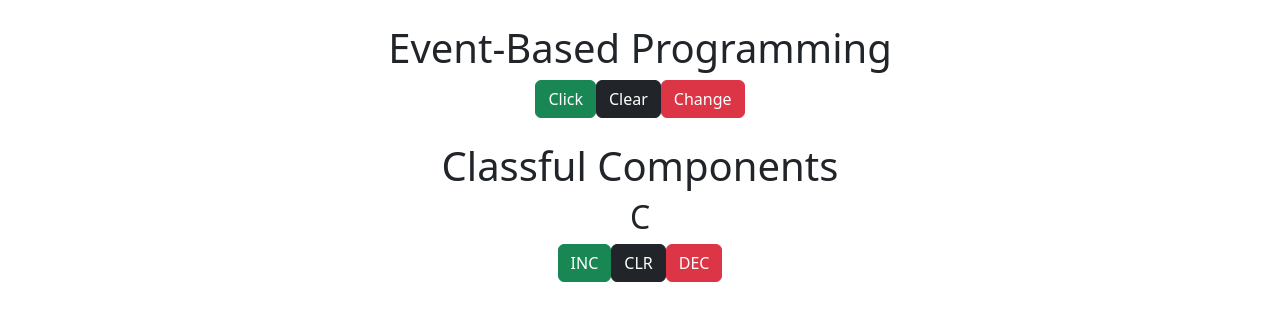
Repository: sedat-akdogan/React_Revision
Page: / (app in sunday/)
The author's editor kept a copy of each file at every save. The page is drawn from the files as they stood at one save, then again after a run of saves.
The browser window is 1280 px wide. The pictures show the whole page.
The project was rebuilt for these pictures with package versions that can differ from the ones it lists, and the page was loaded fresh each time.

Above is the page before, as saved 2023-04-01 01:54:59.

After the next 2 saves:
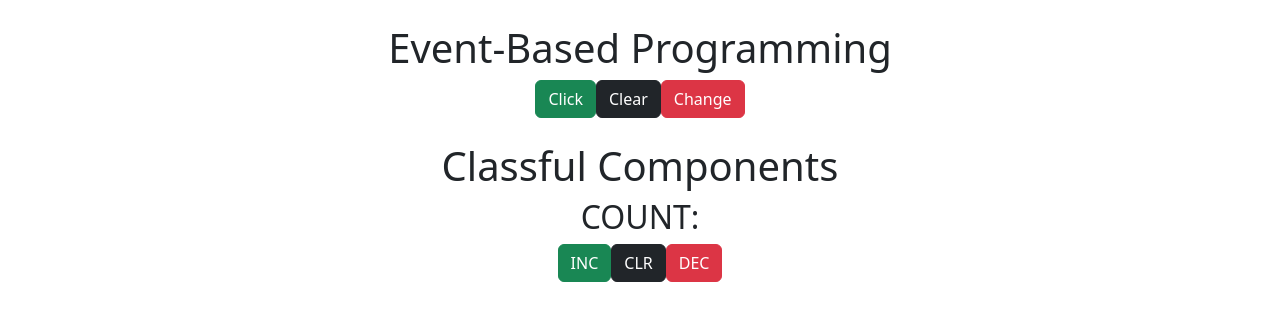
The 2 saves are shown as one change because they came seconds apart.
The last was saved 5 s later.
--- a/sunday/src/components/2-classComponents/Counter.jsx
+++ b/sunday/src/components/2-classComponents/Counter.jsx
@@ -16,7 +16,7 @@ class Counter extends Component {
         return (
             <div className='container text-center mt-4'>
                 <h1>Classful Components</h1>
-                <h2>C</h2>
+                <h2>COUNT: </h2>
                 <button className='btn btn-success'>INC</button>
 
                 <button className="btn btn-dark">CLR</button>
